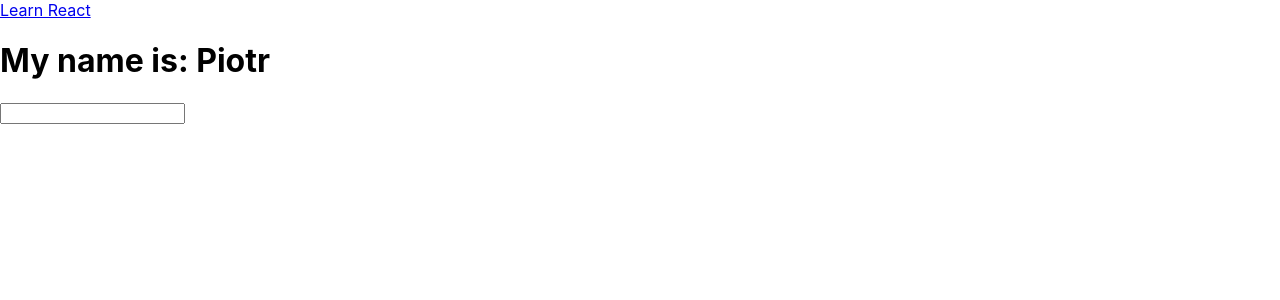
Repository: Piterwk1/Trening-react
Page: /
The author's editor kept a copy of each file at every save. The page is drawn from the files as they stood at one save, then again after the next save.
The browser window is 1280 px wide. The pictures show the whole page.
The project was rebuilt for these pictures with package versions that can differ from the ones it lists, and the page was loaded fresh each time.

Above is the page before, as saved 2021-02-09 10:25:43.

After the next save:
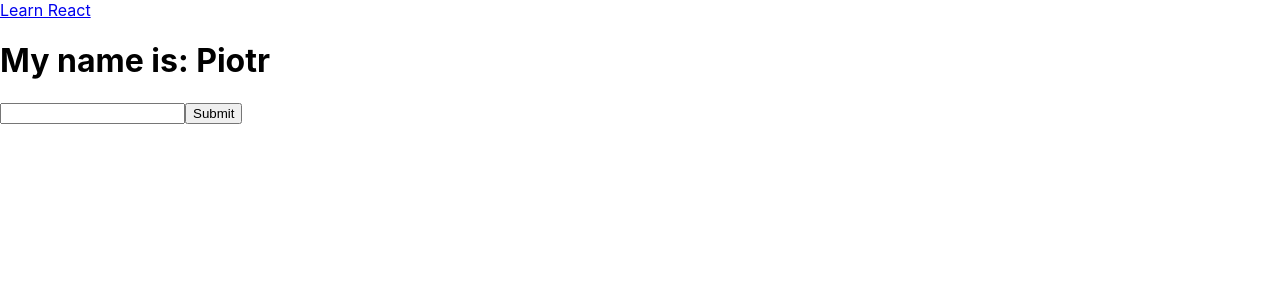
Saved 12 s later.
--- a/src/App.js
+++ b/src/App.js
@@ -31,7 +31,7 @@ function App() {
           <h1>My name is: {name}</h1>
           <form onSubmit={handleSubmit}>
             <input type="text" onChange={handleChange} />
-            {/* <button >Submit</button> */}
+            <button>Submit</button>
           </form>
         </div>
       </header>
